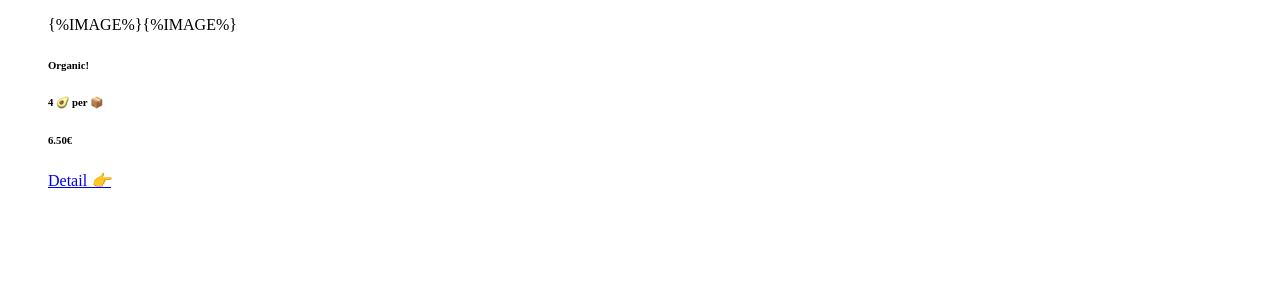
Repository: 13-Joban/Node_Farm_Backend
Page: templates/template.html
The author's editor kept a copy of each file at every save. The page is drawn from the files as they stood at one save, then again after the next save.
The browser window is 1280 px wide. The pictures show the whole page.

Above is the page before, as saved 2022-07-16 17:52:07.

After the next save:
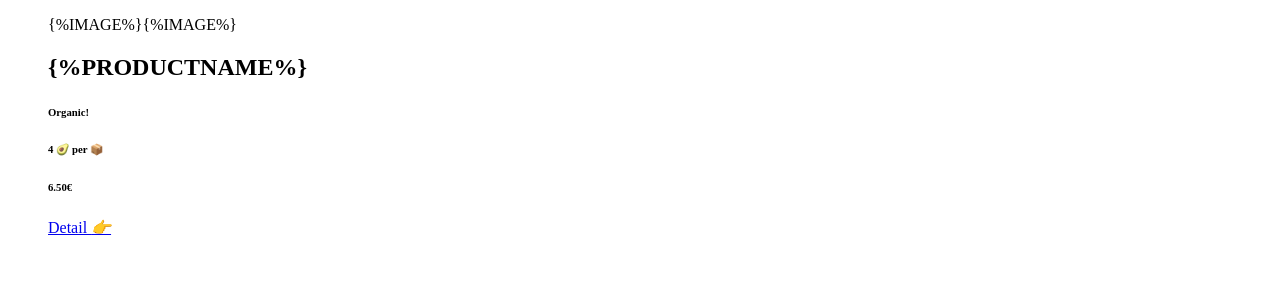
Saved 16 s later.
--- a/templates/template.html
+++ b/templates/template.html
@@ -2,7 +2,7 @@
     <div class="card__emoji">{%IMAGE%}{%IMAGE%}</div>
 
     <div class="card__title-box">
-      <h2 class="card__title"></h2>
+      <h2 class="card__title">{%PRODUCTNAME%}</h2>
     </div>
 
     <div class="card__details">
